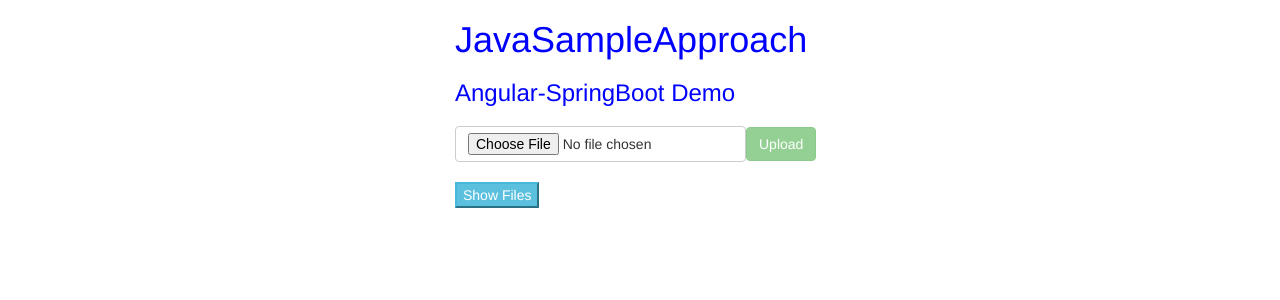
Repository: YoussefED12/AngularUploadDownloadFiles
Page: /
An editor plug-in stored every save of this project. The page is shown before and after the next save, followed by the edit.
The browser window is 1280 px wide. The pictures show the whole page.
The project was rebuilt for these pictures with package versions that can differ from the ones it lists, and the page was loaded fresh each time. Also part of the build but not shown: angular.json, src/app/upload/details-upload/details-upload.component.ts.

Above is the page before, as saved 2018-07-05 05:26:25.

After the next save:
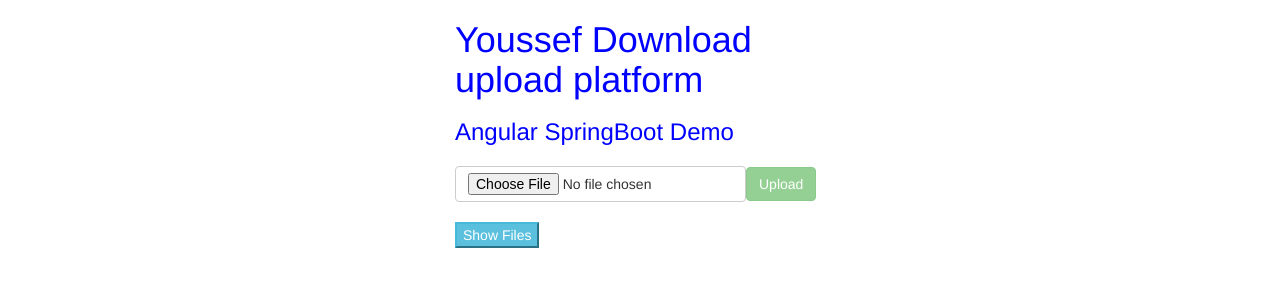
Saved 680 days later.
--- a/src/app/app.component.ts
+++ b/src/app/app.component.ts
@@ -6,6 +6,6 @@
   styleUrls: ['./app.component.css']
 })
 export class AppComponent {
-  title = 'JavaSampleApproach';
-  description = 'Angular-SpringBoot Demo';
+  title = 'Youssef Download upload platform';
+  description = 'Angular SpringBoot Demo';
 }
